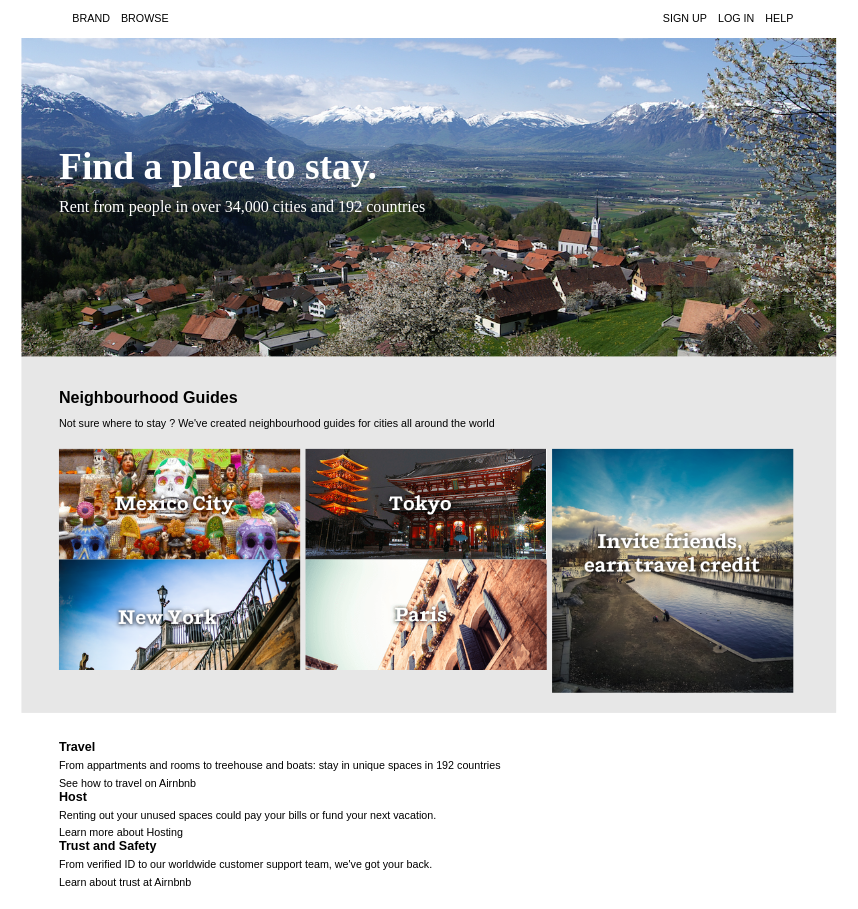
Repository: Naohonproject/web101x02_asm1
Page: Project2.html
The author's editor kept a copy of each file at every save. The page is drawn from the files as they stood at one save, then again after the next save.
The browser window is 1280 px wide. The pictures show the whole page, at 67% of full size.

Above is the page before, as saved 2022-01-15 21:59:16.

### Project2.html
<!-- @format -->

<!DOCTYPE html>
<html lang="en">
	<head>
		<meta charset="UTF-8" />
		<meta http-equiv="X-UA-Compatible" content="IE=edge" />
		<meta name="viewport" content="width=device-width, initial-scale=1.0" />
		<link rel="stylesheet" href="./assets/css/style.css" />
		<link rel="stylesheet" href="./assets/css/responsive.css" />
		<title>Homepage</title>
	</head>
	<body>
		<div id="header">
			<div class="header-wrapper">
				<div class="nav-bar">
					<ul class="left-nav pull-left">
						<li>Brand</li>
						<li>Browse</li>
					</ul>
					<ul class="right-nav pull-right">
						<li><a href="Signup.html">Sign Up</a></li>
						<li><a href="login.html" target="_blank">Log In</a></li>
						<li>Help</li>
					</ul>
				</div>
			</div>
		</div>

		<div id="banner">
			<div class="banner-wrapper">
				<div class="banner-text-content">
					<div class="content-heading">
						<h1 class="white-text">Find a place to stay.</h1>
					</div>
					<div class="content-desc">
						<p class="white-text">
							Rent from people in over 34,000 cities and 192 countries
						</p>
					</div>
				</div>
			</div>
		</div>

		<div id="content">
			<div class="content-wrapper box-padding">
				<div class="content-heading">
					<h2>Neighbourhood Guides</h2>
					<p>
						Not sure where to stay ? We've created neighbourhood guides for
						cities all around the world
					</p>
				</div>
				<div class="content-images-table">
					<div class="col-third image-block">
						<img
							src="./assets/img/web101x-Mexico City.png"
							alt="Mexico City"
							width="360"
						/>
						<img
							src="./assets/img/web101x-New York.png"
							alt="New York City"
							width="360"
						/>
					</div>
					<div class="col-third image-block">
						<img
							src="./assets/img/web101x-Tokyo.png"
							alt="Tokyo City"
							width="360"
						/>
						<img
							src="./assets/img/web101x-Paris.png"
							alt="Paris City"
							width="360"
						/>
					</div>
					<div class="col-third image-block">
						<img
							src="./assets/img/web101x-Invitation.png"
							alt="Invitation image"
							width="360"
						/>
					</div>
				</div>
				<div class="clear"></div>
			</div>
		</div>

		<div id="footer">
			<div class="footer-wrapper box-padding">
				<div class="footer-block">
					<h3>Travel</h3>
					<p>
						From appartments and rooms to treehouse and boats: stay in unique
						spaces in 192 countries
					</p>
					<a href="#">See how to travel on Airnbnb</a>
				</div>

				<div class="footer-blockr">
					<h3>Host</h3>
					<p>
						Renting out your unused spaces could pay your bills or fund your
						next vacation.
					</p>
					<a href="#">Learn more about Hosting</a>
				</div>

				<div class="footer-block">
					<h3>Trust and Safety</h3>
					<p>
						From verified ID to our worldwide customer support team, we've got
						your back.
					</p>
					<a href="#">Learn about trust at Airnbnb</a>
				</div>
			</div>
		</div>
	</body>
</html>

### assets/css/style.css
/** @format */

/* common */

/* reset css */
* {
	box-sizing: border-box;
	padding: 0;
	margin: 0;
	text-decoration: none;
	color: #000;
}

/* row style */
.row {
}
/* collumn style */
.col {
}

.col-haft {
}

.col-third {
	float: left;
	width: calc(100% / 3);
}

.align-center {
}
/* Set text lineweight to Bold */
.bold-text {
}
.white-text {
	color: #fff !important;
}
.btn-hover {
}

.pull-left {
	float: left !important;
}

.pull-right {
	float: right !important;
}

.box-padding {
	padding: 40px 56px 30px;
}

/* specific */

html {
	font-family: Arial, Helvetica, sans-serif;
}

body {
	padding: 0 32px;
}
/* start styling header */
#header {
	height: 56px;
	width: 100%;
	background-color: #fff;
	background-clip: border-box;
	color: #000;
	font-size: 16px;
	text-transform: uppercase;
	font-weight: 500;
	position: fixed;
	top: 0;
	left: 0;
	z-index: 1;
	padding: 0 32px;
}

.header-wrapper {
	height: 100%;
	padding: 0 64px;
}

#header li {
	line-height: 56px;
}

#header li {
	display: inline-block;
	margin-left: 12px;
}
/* end styling header */

/* start styling banner */
#banner {
	width: 100%;
	margin-top: 56px;
	padding-top: 39.123607%;
	background: url(../img/banner/banner.png) top center / cover no-repeat;
	background-origin: border-box;
	position: relative;
	top: 0;
	left: 0;
}

.banner-text-content {
	position: absolute;
	top: 160px;
	left: 56px;
}

#banner .content-heading,
.content-desc {
	margin-bottom: 8px;
	font-family: "Times New Roman", Times, serif;
}

#banner .content-heading {
	font-size: 28px;
}

#banner .content-desc {
	font-size: 24px;
}
/* end styling banner */

/* start styling content */
#content {
	background-color: #e7e7e7;
	width: 100%;
	background-clip: border-box;
}

#content .content-heading h2,
p {
	padding: 8px 0;
}

#content .content-heading {
	margin-bottom: 20px;
}
#content img {
	display: block;
}

.clear {
	clear: both;
}

/* end styling content */

Loaded but not shown: assets/css/responsive.css (no stored copy; drawn as an empty file)

After the next save:
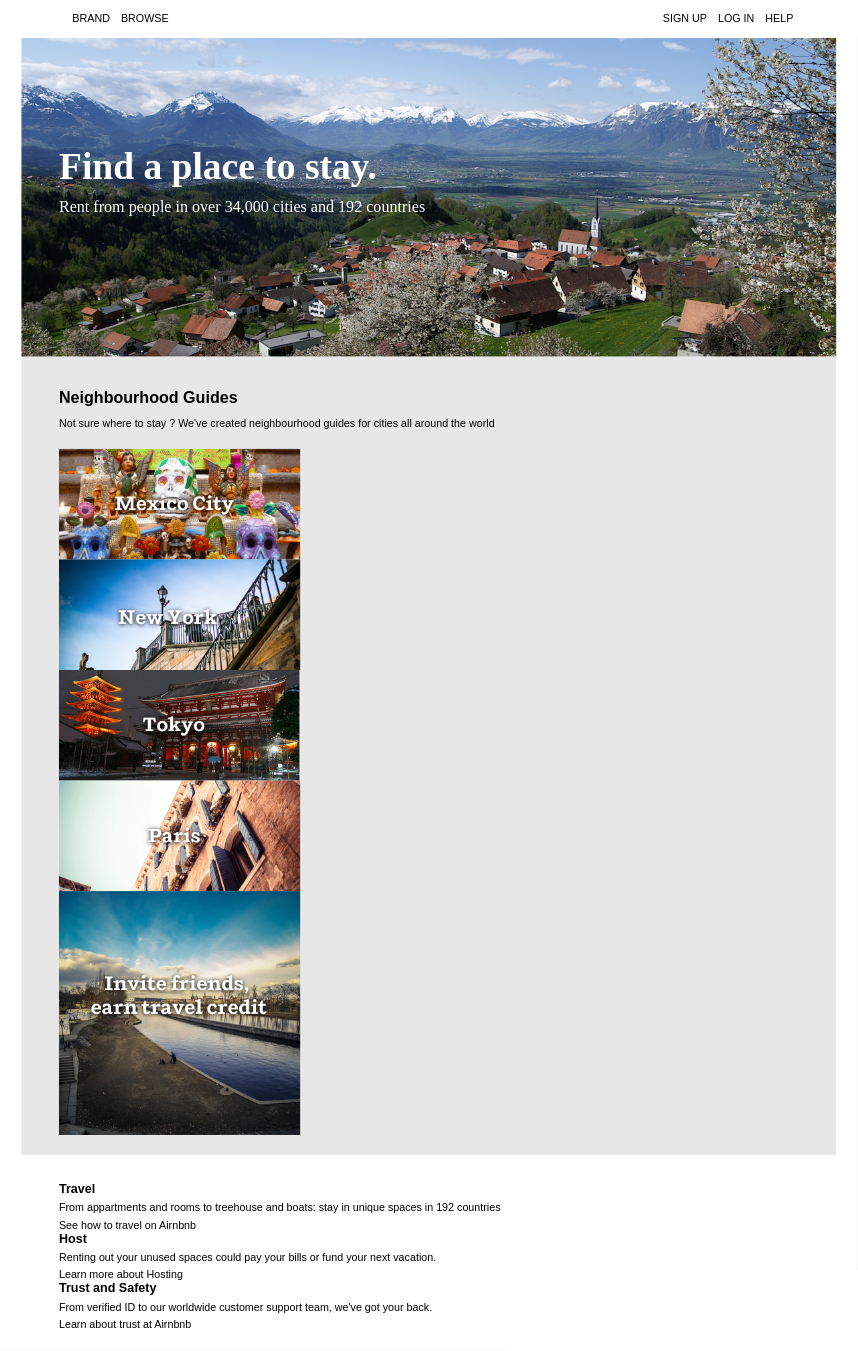
Saved 5 min 57 s later.
--- a/assets/css/style.css
+++ b/assets/css/style.css
@@ -19,11 +19,6 @@
 }
 
 .col-haft {
-}
-
-.col-third {
-	float: left;
-	width: calc(100% / 3);
 }
 
 .align-center {
